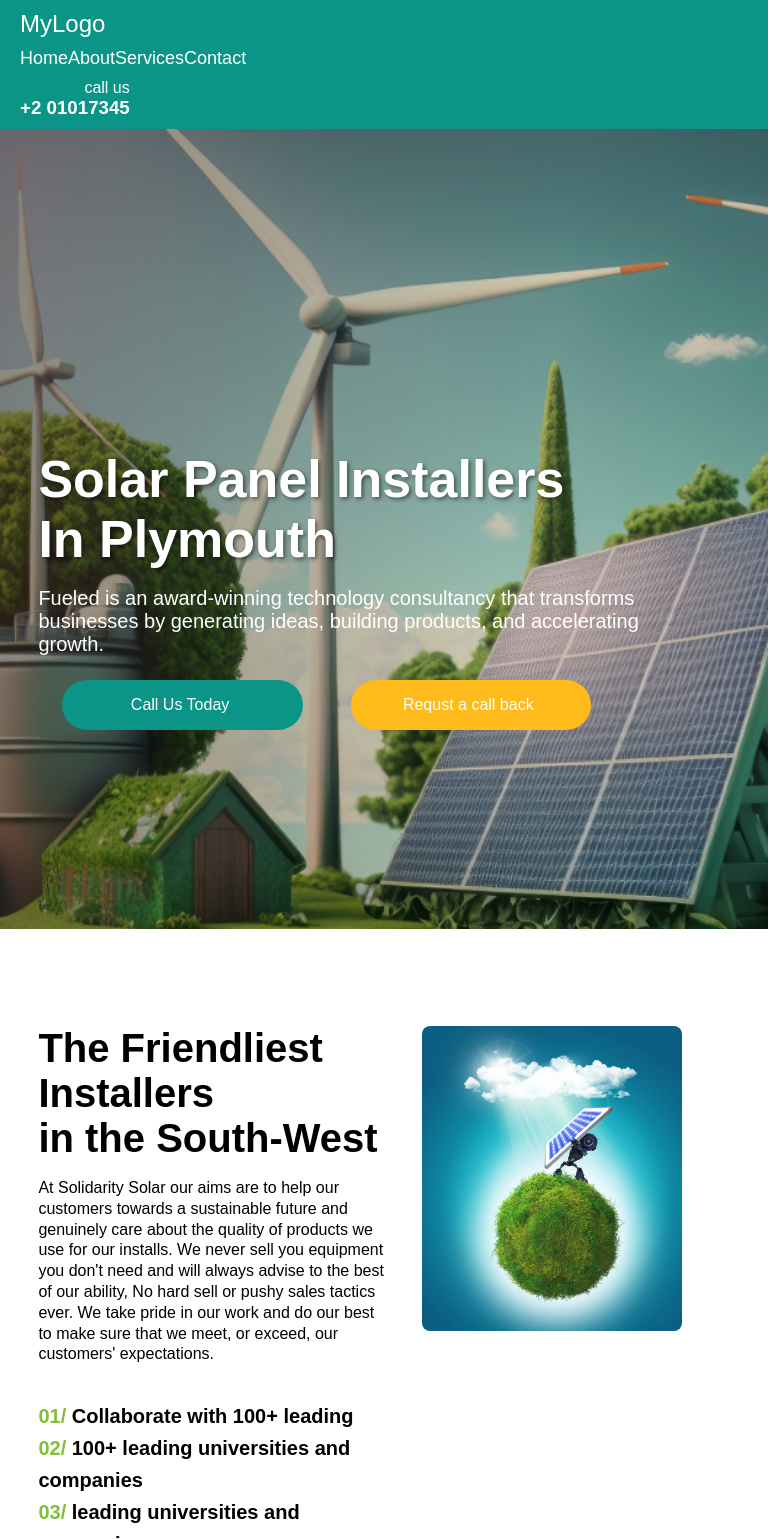
Repository: MaramNabil872/Landing-Page
Page: landingPage.html
The author's editor kept a copy of each file at every save. The page is drawn from the files as they stood at one save, then again after the next save.
The browser window is 768 px wide. The pictures show the part of the page from y = 0 to 1540 px (the page is 2265 px tall before and 2196 px after).
A picture or video elsewhere on the page could not be fetched, so the positions and the page height are approximate.

Above is the page before, as saved 2024-10-20 21:48:59.

After the next save:
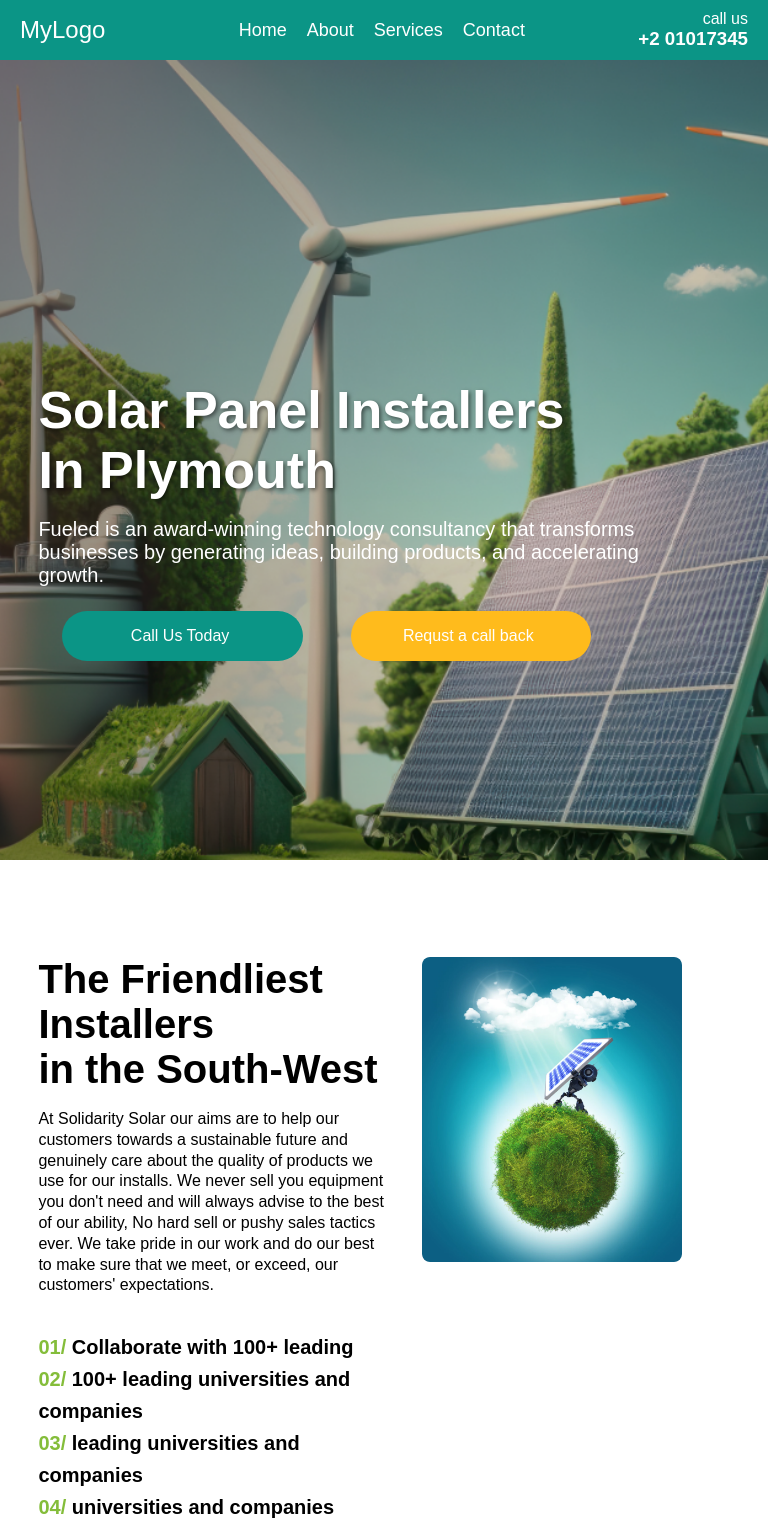
Saved 5 s later.
--- a/landingPage.css
+++ b/landingPage.css
@@ -257,22 +257,3 @@ third section
     text-decoration: underline; /* Underline link on hover */
 }
 /* Media Queries for Responsiveness */
-@media (max-width: 768px) {
-    .navbar {
-        flex-direction: column; /* Stack items vertically */
-        align-items: flex-start; /* Align items to the left */
-    }
-
-    .nav-links {
-        margin-top: 10px; /* Space between navbar and links */
-    }
-
-    .nav-links li {
-        margin-left: 0;
-        margin-bottom: 10px; /* Space between links */
-    }
-
-    .text-overlay {
-        font-size: 1.5rem; /* Smaller text size for mobile */
-    }
-}

After the save that followed:
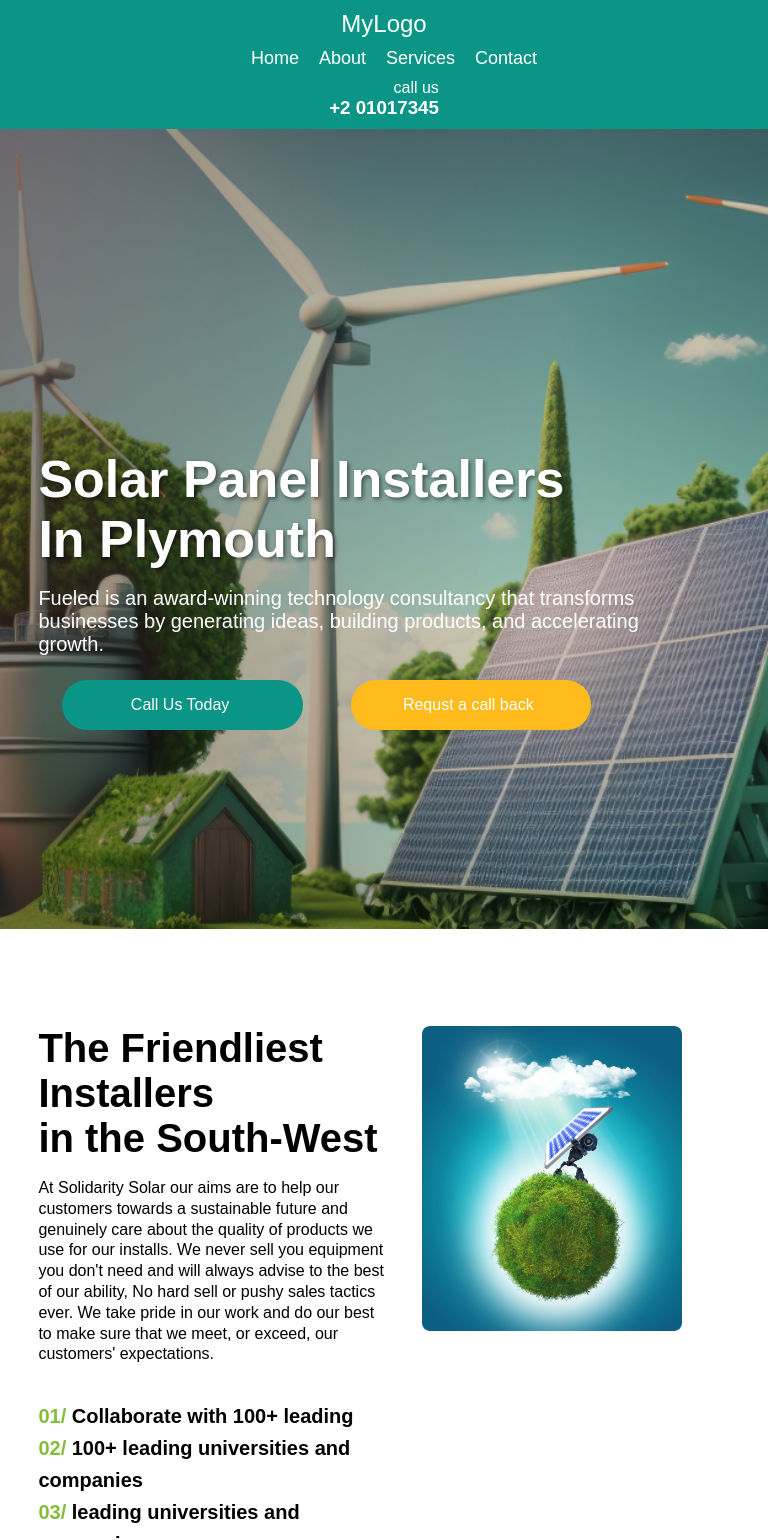
Saved 4 s later.
--- a/landingPage.css
+++ b/landingPage.css
@@ -16,6 +16,26 @@ body {
         font-size: 1.2rem; /* Adjust call size for small screens */
     }
 }
+@media (max-width: 768px) {
+    .navbar {
+        flex-direction: column; /* Stack items vertically */
+        align-items: flex-start; /* Align items to the left */
+    }
+
+    .nav-links {
+        margin-top: 10px; /* Space between navbar and links */
+    }
+
+    .nav-links li {
+        margin-left: 0;
+        margin-bottom: 10px; /* Space between links */
+    }
+
+    .text-overlay {
+        font-size: 1.5rem; /* Smaller text size for mobile */
+    }
+}
+
 
 .navbar {
     background-color: #0b9586;
